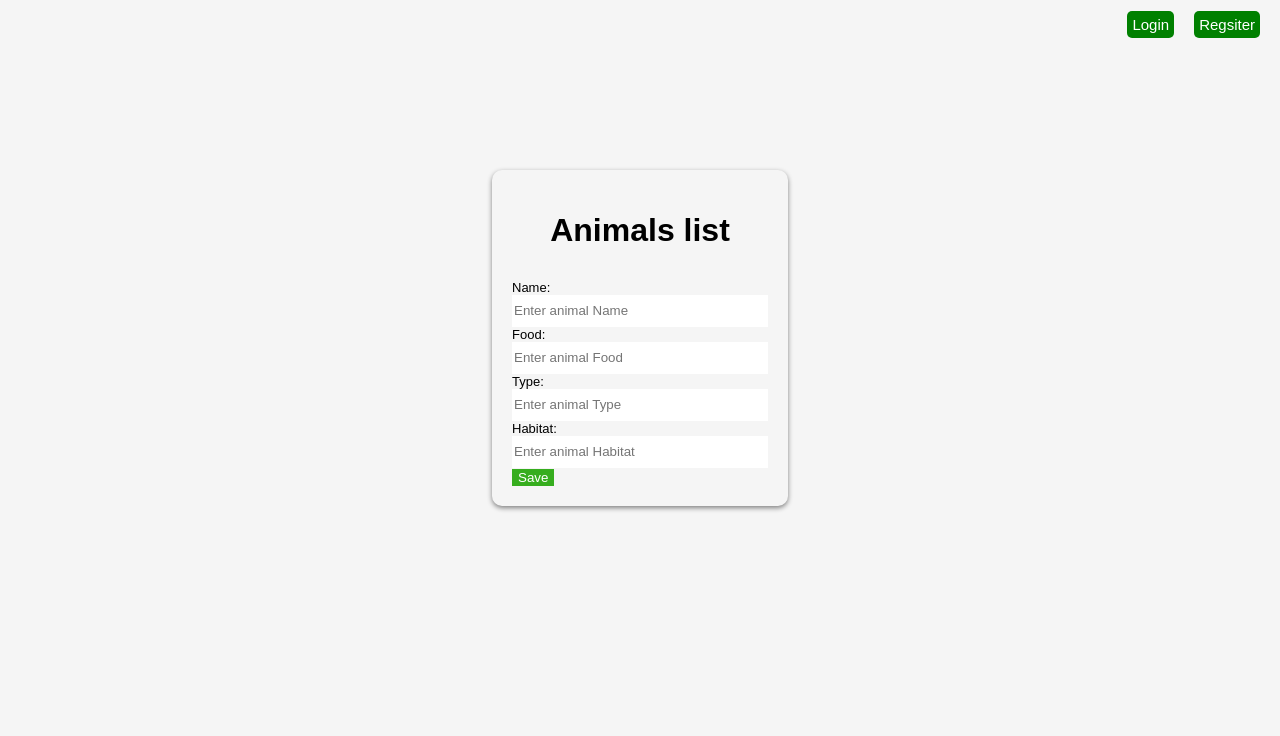
Repository: Dennis-star1001/PHP-CRUD
Page: http://localhost/
The author's editor kept a copy of each file at every save. The page is drawn from the files as they stood at one save, then again after the next save.
The browser window is 1280 px wide. The pictures show the whole page.
The page is run by PHP 8.4 with error messages shown; the project is at /var/www/html/.

Above is the page before, as saved 2022-07-05 23:04:30.

### index.php
<!DOCTYPE html>
<html lang="en">

<head>
    <meta charset="UTF-8">
    <meta http-equiv="X-UA-Compatible" content="IE=edge">
    <meta name="viewport" content="width=device-width, initial-scale=1.0">
    <link rel="stylesheet" href="style.css">

    <title>Document</title>
</head>

<body>
    <nav>
        <ul class="nav-links">
            <li><a href="login.php">Login</a></li>
            <li><a href="register.php">Regsiter</a></li>
        </ul>
    </nav>

    <div class="main-animal">
    <div class="animal-container">
            <div class="left">
        <h1 class="title">Animals list</h1>
        <form method="POST" action="index.php">
            <div  class="input-field">
                <label for="name">Name:</label>
                <input type="text" placeholder="Enter animal Name" name='name'>
            </div>

            <div class="input-field">
                <label for="name">Food:</label>
                <input type="text" placeholder="Enter animal Food" name='food'>
            </div>

            <div class="input-field">
                <label for="name">Type:</label>
                <input type="text" placeholder="Enter animal Type" name='type'>
            </div>


            <div class="input-field">
                <label for="name">Habitat:</label>
                <input class="text-input"  type="text" placeholder="Enter animal Habitat" name='habitat'>
            </div>

            <button type='submit' value="Save" class="submit">Save</button>
        </form>
            </div>
    </div>
    </div>
</body>

</html>

### style.css
body {
    margin: 0px;
    font-family: sans-serif;
    background-color: whitesmoke;
    height: 100vh;
}

.title{

    text-align: center;

}

.container{
    display: flex;
    justify-content: center;
    align-items: center;
    height: 100%;
}
.animal-container{
    display: flex;
    justify-content: center;
    align-items: center;
    height: 80vh;
}
.left{
    display: flex;
    flex-direction: column;
    width: 20%;
    /* border: 1px solid black; */
    box-shadow: 0 2px 5px gray;
    border-radius: 10px;
    padding: 20px;
    gap: 10px;
}
.input-field{
    display: flex;
    flex-direction: column;
}
input{
    height: 30px;
    border: none;

}
input:focus{
    outline: none;
    border-bottom: 1px solid gray;
}
label{
    font-size: 13px;
}
.submit{
    background-color: rgb(54, 173, 30);
    border: none;
    color: white;
}
.error {
    height: 5%;
    width: 100%;
    background-color: pink;
    color: red;
    font-family: sans-serif;
    display: flex;
    justify-content: center;
    align-items: center;
    font-size: 15px;
}

.success {
    height: 10%;
    width: 100%;
    background-color: lightgreen;
    color: green;
    font-family: sans-serif;
    display: flex;
    justify-content: center;
    align-items: center;
    font-size: 15px;
}
p{
    font-size: 11px;
    text-align: center;
}
.nav-links{
    display: flex;
    list-style: none;
    justify-content: right;
    padding-right: 10px;

}

.nav-links li a{
    padding: 5px;
    border-radius: 5px;
    margin: 5px 10px;
    font-size: 15px;
    text-decoration: none;
    color: white;
    background-color: green;
}
/* .main-animal{
    display: flex;
    justify-content: center;
    flex-direction: column;
    align-items: center;
} */

After the next save:
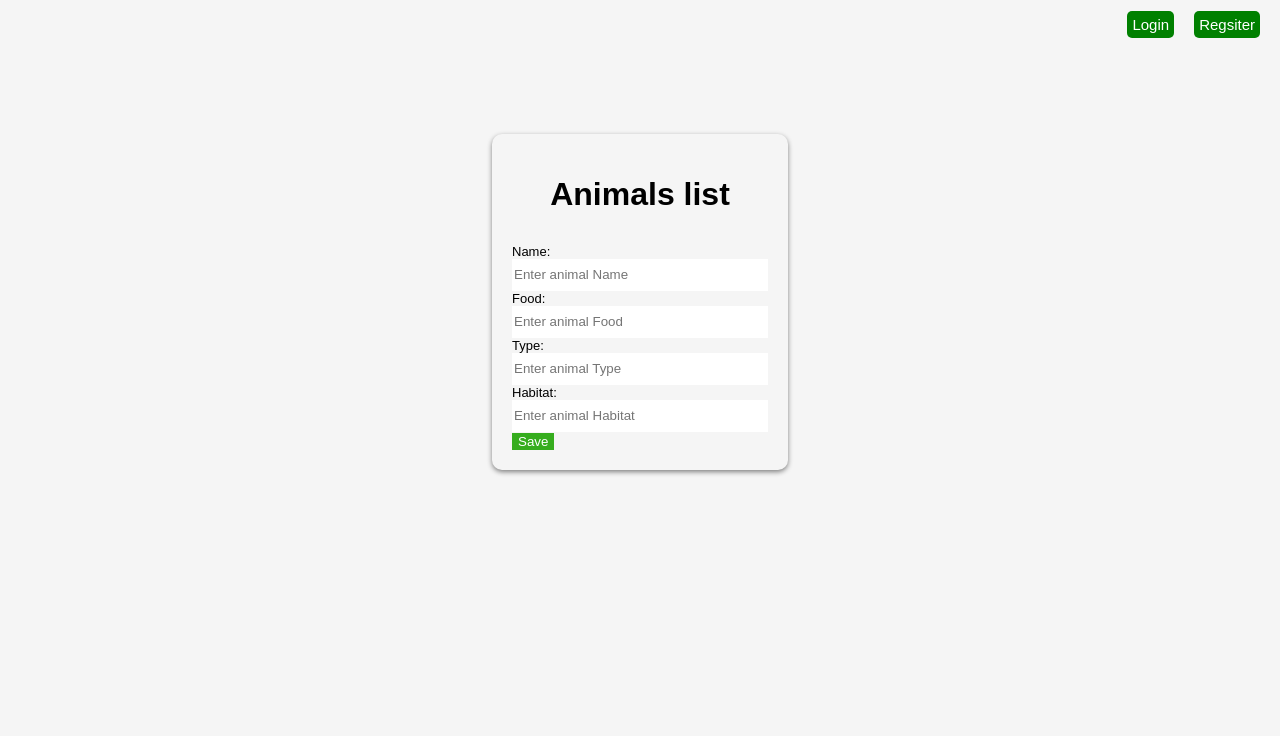
Saved 9 s later.
--- a/style.css
+++ b/style.css
@@ -21,7 +21,7 @@ body {
     display: flex;
     justify-content: center;
     align-items: center;
-    height: 80vh;
+    height: 70vh;
 }
 .left{
     display: flex;
